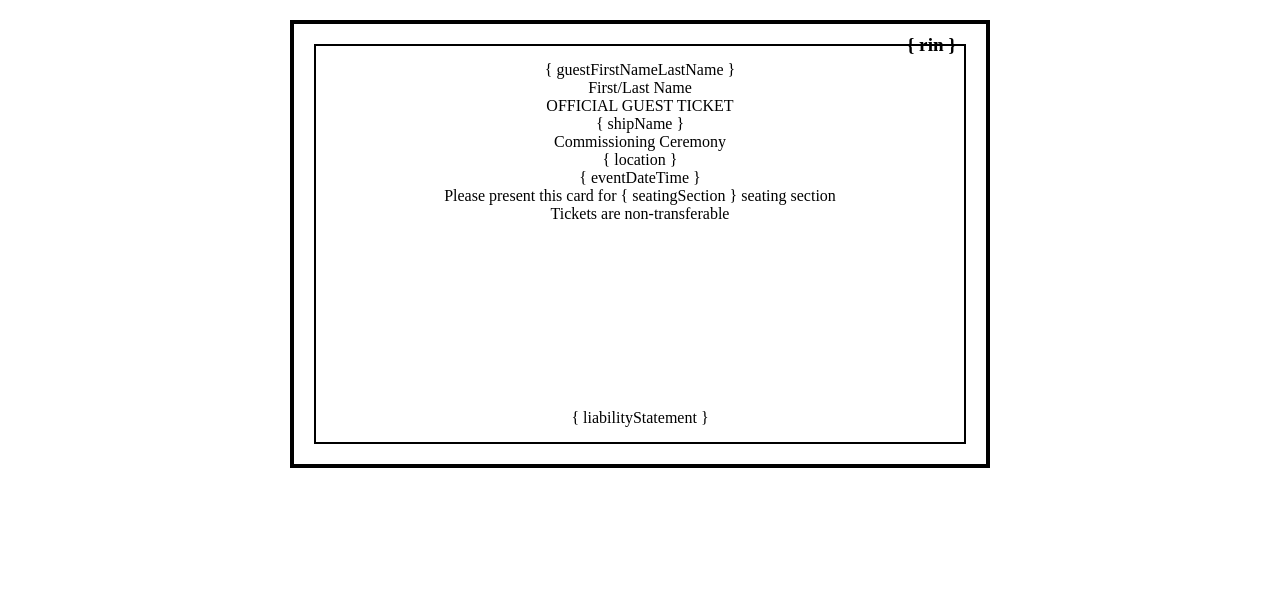
Repository: yaleevans/SabelWeasyPrintPDFLambda
Page: event_ticket_template.html
These files come from the project's save history. The page is drawn as it stood at one moment and after the next save; the edit follows.
The browser window is 1280 px wide. The pictures show the whole page.

Above is the page before, as saved 2025-10-17 09:55:55.

### event_ticket_template.html
<!DOCTYPE html>
<html>
<head>
    <title>Official Guest Ticket</title>
    <style>
        body {
            margin: 0;
            padding: 0;
            font-family: 'Times New Roman', Times, serif;
            background-color: white;
        }
        .ticket-container {
            border: 4px solid black;
            padding: 20px;
            margin: 20px auto; /* FIX: Center the ticket horizontally */
            text-align: center;
            color: black;
            box-sizing: border-box;
            /* FIX: REMOVED height: calc(100vh - 40px); to eliminate extra space */
            width: 700px;
            position: relative;
        }
        .inner-border {
            border: 2px solid black;
            padding: 15px;
            /* FIX: REMOVED height: calc(100% - 30px); to eliminate extra space */
            min-height: 400px; /* Use min-height for consistent size */
            box-sizing: border-box;
            display: flex;
            flex-direction: column;
            justify-content: space-between;
            align-items: center;
        }
        /* --- (The rest of your existing CSS remains the same) --- */
        .ticket-number-overlay {
            position: absolute;
            top: 5px;
            right: 25px;
            padding: 5px;
            font-size: 1.2em;
            font-weight: bold;
            color: black;
            background-color: transparent;
            z-index: 10;
        }
    </style>
</head>
<body>
    <div class="ticket-container">

        <div class="ticket-number-overlay">
            { rin }
        </div>

        <div class="inner-border" style="background-color: { background_color }">
            <div class="content">
                <div class="guest-name">{ guestFirstNameLastName }</div>
                <div class="guest-name-label">First/Last Name</div>

                <div class="ticket-title">OFFICIAL GUEST TICKET</div>
                <div class="ship-name">{ shipName }</div>

                <div class="commissioning-text">Commissioning Ceremony</div>

                <div class="location">{ location }</div>
                <div class="datetime">{ eventDateTime }</div>

                <div class="instructions">Please present this card for { seatingSection } seating section</div>
                <div class="transfer-info">Tickets are non-transferable</div>
            </div>
            <div class="waiver-text">
                { liabilityStatement }
            </div>
        </div>
    </div>
</body>
</html>

After the next save:
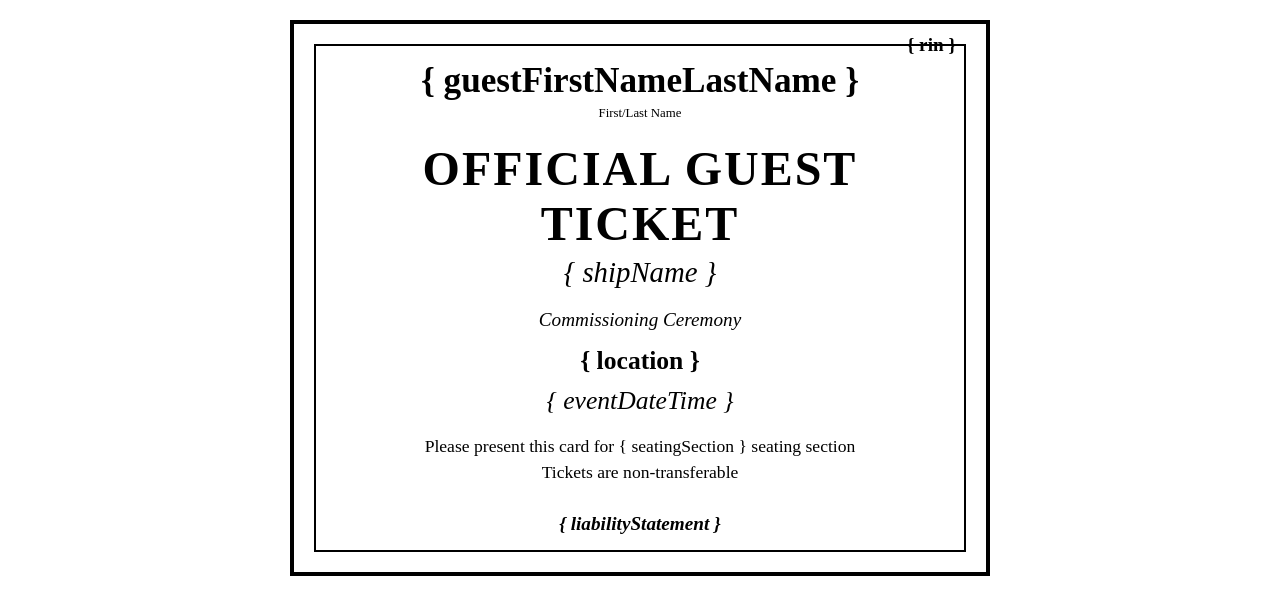
Saved 18 min 40 s later.
--- a/event_ticket_template.html
+++ b/event_ticket_template.html
@@ -12,26 +12,24 @@
         .ticket-container {
             border: 4px solid black;
             padding: 20px;
-            margin: 20px auto; /* FIX: Center the ticket horizontally */
+            margin: 20px auto;
             text-align: center;
             color: black;
             box-sizing: border-box;
-            /* FIX: REMOVED height: calc(100vh - 40px); to eliminate extra space */
             width: 700px;
             position: relative;
         }
         .inner-border {
             border: 2px solid black;
             padding: 15px;
-            /* FIX: REMOVED height: calc(100% - 30px); to eliminate extra space */
-            min-height: 400px; /* Use min-height for consistent size */
+            /* FIX: REMOVED min-height: 400px; to allow content to dictate compact height */
             box-sizing: border-box;
             display: flex;
             flex-direction: column;
             justify-content: space-between;
             align-items: center;
         }
-        /* --- (The rest of your existing CSS remains the same) --- */
+        /* --- NEW CSS FOR OVERLAY --- */
         .ticket-number-overlay {
             position: absolute;
             top: 5px;
@@ -42,6 +40,69 @@
             color: black;
             background-color: transparent;
             z-index: 10;
+        }
+        /* --- CRITICAL FIX: ALL TEXT STYLING CSS IS RE-ADDED HERE --- */
+        .content {
+            flex-grow: 1;
+            display: flex;
+            flex-direction: column;
+            justify-content: center;
+            align-items: center;
+            width: 100%;
+        }
+        .guest-name {
+            font-size: 2.2em;
+            font-weight: bold;
+            margin-bottom: 5px;
+        }
+        .guest-name-label {
+            font-size: 0.8em;
+            margin-bottom: 20px;
+            color: black;
+        }
+        .ticket-title {
+            font-size: 3em;
+            font-weight: bold;
+            letter-spacing: 2px;
+            margin-bottom: 5px;
+            color: black;
+        }
+        .ship-name {
+            font-size: 1.8em;
+            font-style: italic;
+            margin-bottom: 20px;
+            color: black;
+        }
+        .commissioning-text {
+            font-size: 1.2em;
+            font-style: italic;
+            margin-bottom: 15px;
+            color: black;
+        }
+        .location {
+            font-size: 1.6em;
+            font-weight: bold;
+            margin-bottom: 10px;
+        }
+        .datetime {
+            font-size: 1.6em;
+            font-style: italic;
+            margin-bottom: 20px;
+        }
+        .instructions {
+            font-size: 1.1em;
+            margin-bottom: 5px;
+            color: black;
+        }
+        .transfer-info {
+            font-size: 1.1em;
+            margin-bottom: 30px;
+            color: black;
+        }
+        .waiver-text {
+            font-size: 1.2em;
+            font-style: italic;
+            font-weight: bold;
         }
     </style>
 </head>
